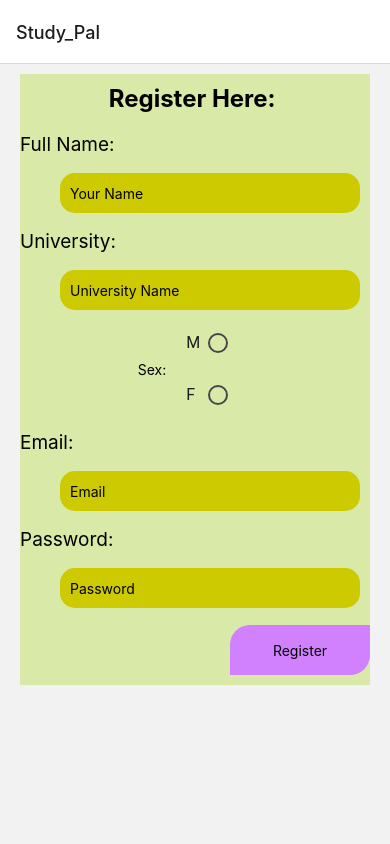
Repository: abdurehmanali611/Study-Pal
Screen: /
These files come from the project's save history. The screen is drawn as it stood at one moment and after a run of saves; the edit follows.
The app was drawn by React Native's web renderer in a window 390 px wide. The project was rebuilt for these pictures with package versions that can differ from the ones it lists, and the page was loaded fresh each time. Also part of the build but not shown: Front_Pages/Home.js, Screens/Softwareeng.js, Screens/Computersci.js, Screens/Informationsci.js, Screens/Informationtech.js, Screens/Softwarecards.js, Screens/Computercards.js, Screens/Sciencecards.js and 4 more.

Above is the screen before, as saved 2024-01-23 22:36:34.

### App.js
import { createStackNavigator } from "@react-navigation/stack";
import { NavigationContainer } from "@react-navigation/native";
import Sign_Up from "./Front_Pages/Sign_Up";
import Home from "./Front_Pages/Home";
import Softwareeng from "./Screens/Softwareeng";
import Computersci from "./Screens/Computersci";
import Informationsci from "./Screens/Informationsci";
import Informationtech from "./Screens/Informationtech";
import Softwarecards from "./Screens/Softwarecards";
import Computercards from "./Screens/Computercards";
import Sciencecards from "./Screens/Sciencecards";
import Technologycards from "./Screens/Technologycards";
import About_Us from "./Profile_pages/About_Us";
import Contacts from "./Profile_pages/Contacts";
import Setting from "./Profile_pages/Setting";

const stack = createStackNavigator();

const App = () => {

  return  <NavigationContainer>
       <stack.Navigator initialRouteName="Sign">
       <stack.Screen name="Sign" component={Sign_Up} options={{title: 'Study_Pal'}} />
       <stack.Screen name ="Home" component={Home} options={{title: 'Study_Pal'}}/>
       <stack.Screen name="software" component={Softwareeng} options={{title: 'Study_Pal'}}/>
       <stack.Screen name="softwarecard" component={Softwarecards} options={{title: 'Study_Pal'}}/>
       <stack.Screen name="computer" component={Computersci} options={{title: 'Study_Pal'}}/>
       <stack.Screen name="computercard" component={Computercards} options={{title: 'Study_Pal'}}/>
       <stack.Screen name="information" component={Informationsci} options={{title: 'Study_Pal'}}/>
       <stack.Screen name="informationcard" component={Sciencecards} options={{title: 'Study_Pal'}}/>
       <stack.Screen name="technology" component={Informationtech} options={{title: 'Study_Pal'}}/>
       <stack.Screen name="technologycard" component={Technologycards} options={{title: 'Study_Pal'}}/>
       <stack.Screen name="about" component={About_Us} options={{title: 'Study_Pal'}}/>
       <stack.Screen name="contact" component={Contacts} options={{title: 'Study_Pal'}}/>
       <stack.Screen name="setting" component={Setting} options={{title: 'Study_Pal'}}/>
       </stack.Navigator>
   </NavigationContainer>
}

export default App

### Front_Pages/Sign_Up.js
import { View, Text, TextInput, StyleSheet, ScrollView, TouchableOpacity, Alert } from 'react-native'
import React, { useState, useLayoutEffect } from 'react'
import {RadioButton} from 'react-native-paper'

const Sign_Up = ({navigation}) => {

   const [sex, setSex] = useState('')
   const [name, setName] = useState('')
   const [university, setUniversity] = useState('')
   const [email, setEmail] = useState('')
   const [password, setPassword] = useState('')

   const register = () => {

      if (name == '' || name.startsWith('_') || university == '' || university.startsWith('_') ||
      email == '' || email.startsWith('_') || password == '' || password.length < 6 ||
      sex == '') {

        Alert.alert(
            'Invalid Input',
            'You have entered an invalid input',
            [
                {text: 'OK'}
        ]
        )
      }else {
           navigation.navigate('Home')
      }
   }

  return <ScrollView
      showsVerticalScrollIndicator = {false}
      style = {styles.overall}>
         <View style = {styles.viewall}>
         <View style = {styles.title}>
            <Text style = {styles.texttitle}>Register Here: </Text>
         </View>
         <View>
            <Text style = {styles.objecttext}>Full Name: </Text>
            <TextInput
            value={name}
            onChangeText={(newname) => setName(newname)}
            style = {styles.textinput}
            placeholder='Your Name'
            textContentType='name'
            />
         </View>
         <View>
            <Text style = {styles.objecttext}>University: </Text>
            <TextInput
            value={university}
            onChangeText={(newuniversity) => setUniversity(newuniversity)}
            style = {styles.textinput}
            placeholder='University Name'
            textContentType='name'
            />
         </View>
         <View style = {{flexDirection: 'row', alignSelf: 'center'}}>
            <View style = {{justifyContent: 'center'}}>
               <Text>Sex: </Text>
            </View>
            <View>
          <RadioButton.Group
          value={sex}
          onValueChange={(yoursex) => setSex(yoursex)}
          >
             <RadioButton.Item
             label='M'
             value='male'
             color='green'
             />
             <RadioButton.Item
             label='F'
             value='female'
             color='red'
             />
          </RadioButton.Group>
          </View>
         </View>
         <View>
         <View>
            <Text style = {styles.objecttext}>Email: </Text>
            <TextInput
            value={email}
            onChangeText={(newemail) => setEmail(newemail)}
            style = {styles.textinput}
            placeholder='Email'
            textContentType='emailAddress'
            />
         </View>
         <View>
            <Text style = {styles.objecttext}>Password: </Text>
            <TextInput
            value={password}
            onChangeText={(newpassword) => setPassword(newpassword)}
            style = {styles.textinput}
            placeholder='Password'
            textContentType='password'
            />
         </View>
         </View>
         <View>
          <TouchableOpacity
          style = {styles.press}
          onPress={register}
          >
             <Text>
                Register
             </Text>
          </TouchableOpacity>
         </View>
         </View>
        </ScrollView>

}

const randomRGB = () => {

   const red = Math.floor(Math.random() * 256)
   const green = Math.floor(Math.random() * 256)
   const blue = Math.floor(Math.random() * 256)

   return `rgb(${red},${green}, ${blue})`
}

const styles = StyleSheet.create ({

    overall : {
       marginVertical: 10,
       marginHorizontal: 20
    },
    viewall: {
       flex: 1,
       backgroundColor: randomRGB(),

    },
    title : {
        alignItems: 'center',
        marginVertical: 10
    },
    texttitle : {
        fontSize: 24,
        fontWeight: 'bold'
    },
    objecttext : {
        fontSize: 19,
        marginVertical: 10
    },
    textinput : {
        marginHorizontal: 40,
        borderRadius: 15,
        backgroundColor: randomRGB(),
        width: 300,
        height: 40,
        paddingLeft: 10,
        marginVertical: 7
    },
    press : {
      backgroundColor: randomRGB(),
      height: 50,
      width: 140,
      marginVertical: 10 ,
      borderTopLeftRadius: 20,
      borderBottomRightRadius: 20,
      alignSelf: 'flex-end',
      alignItems: 'center',
      justifyContent: 'center'
    }
})

export default Sign_Up

After the next 2 saves:
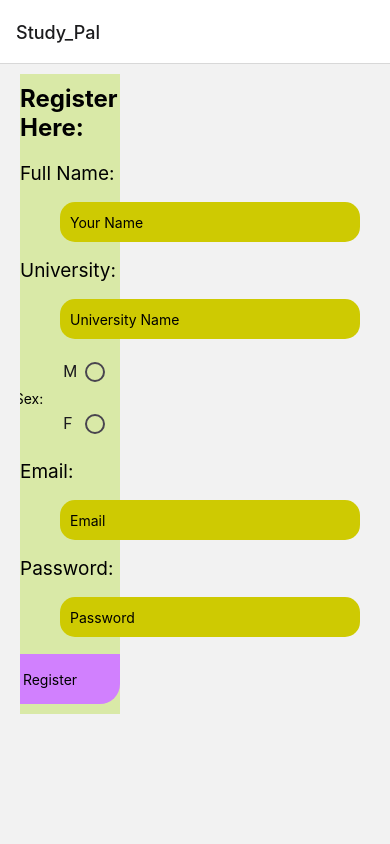
The 2 saves are shown as one change because they came seconds apart.
The last was saved 6 s later.
--- a/Front_Pages/Sign_Up.js
+++ b/Front_Pages/Sign_Up.js
@@ -132,7 +132,7 @@ const styles = StyleSheet.create ({
     viewall: {
        flex: 1,
        backgroundColor: randomRGB(),
-
+       width: 100
     },
     title : {
         alignItems: 'center',
